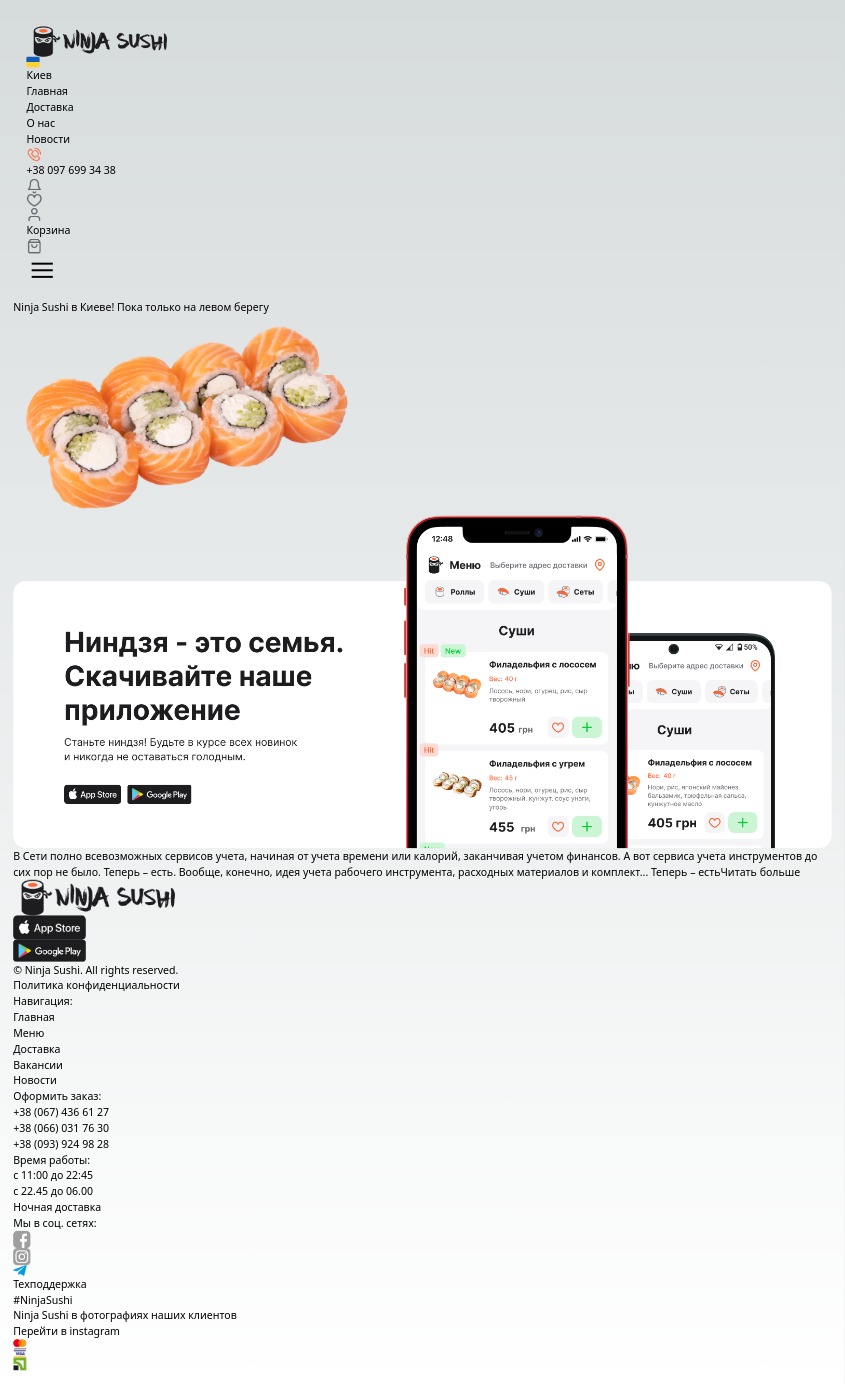
Repository: shokirovG/loyiha
Page: /News
These files come from the project's save history. The page is drawn as it stood at one moment and after the next save; the edit follows.
The browser window is 1280 px wide. The pictures show the whole page, at 66% of full size.
The project was rebuilt for these pictures with package versions that can differ from the ones it lists, and the page was loaded fresh each time. The framework's server and built-in components were replaced by stand-ins that run in the browser. Also part of the build but not shown: next.config.js, Components/Categories.jsx, Components/OpenNav.jsx.

Above is the page before, as saved 2023-07-01 13:37:20.

### pages/News.jsx
import { Header, Slider } from "@/Components";
import Footer from "@/Components/Footer";
import React from "react";

const News = () => {
  return (
    <div className="container p-5">
      <Header />
      <Slider />
      <Footer />
    </div>
  );
};

export default News;

### Components/index.js
export { default as Header } from "./Header";
export { default as Burger } from "./Burger";
export { default as Categories } from "./Categories";
export { default as Slider } from "./Slider";
export { default as OpenNav } from "./OpenNav";

### Components/Footer.jsx
import Image from "next/image";
import Link from "next/link";
import React from "react";

const Footer = () => {
  return (
    <div className="bigOne w-[100%] min-h-[160vh] gap-[50px] text-[16px] text-[#9E9E9E] flex flex-col justify-between mt-10">
      <Image src={"/imgs/play.png"} width={1500} height={644} />
      <p className="paragraph w-[60%] text-center m-auto">
        В Сети полно всевозможных сервисов учета, начиная от учета времени или
        калорий, заканчивая учетом финансов. А вот сервиса учета инструментов до
        сих пор не было. Теперь – есть. Вообще, конечно, идея учета рабочего
        инструмента, расходных материалов и комплект... Теперь – есть
        <span className="float-right text-[#00CC2D] mt-2">Читать больше</span>
      </p>
      <div className="footer flex items-center justify-evenly max-w-[100%] bg-white min-h-[376px] rounded-lg">
        <div className="w-[246px] h-[248px] flex flex-col items-center justify-between">
          <div className="w-[246px] h-[156px] flex flex-col items-center justify-around">
            <Image src={"/imgs/logo.png"} width={246} height={59} />
            <div className="w-[246px] flex justify-around">
              <Image src={"/imgs/appstore.png"} width={110} height={37} />
              <Image src={"/imgs/google.png"} width={110} height={37} />
            </div>
            <span className="text-[14px]">
              © Ninja Sushi. All rights reserved.
            </span>
          </div>
          <span className="text-[14px] text-[#1D1D1F] font-[500]">
            Политика конфиденциальности
          </span>
        </div>
        <div className="footer_items max-w-[754px] min-h-[184px] flex justify-between gap-10 mb-5">
          <ul className="flex flex-col gap-[5px] w-[101px] h-[100%]">
            <li className="text-[14px] text-[#686870]">Навигация:</li>
            <li>
              <Link
                className="text-[16px] text-[#1D1D1F] font-[500]"
                href={"/"}
              >
                Главная
              </Link>
            </li>
            <li>
              <Link
                className="text-[16px] text-[#1D1D1F] font-[500]"
                href={"#"}
              >
                Меню
              </Link>
            </li>
            <li>
              <Link
                className="text-[16px] text-[#1D1D1F] font-[500]"
                href={"#"}
              >
                Доставка
              </Link>
            </li>
            <li>
              <Link
                className="text-[16px] text-[#1D1D1F] font-[500]"
                href={"#"}
              >
                Вакансии
              </Link>
            </li>
            <li>
              <Link
                className="text-[16px] text-[#1D1D1F] font-[500]"
                href={"#"}
              >
                Новости
              </Link>
            </li>
          </ul>

          <ul className="w-[168px] h-[120px] flex flex-col items-start gap-[5px]">
            <li className="text-[14px] text-[#686870]">Оформить заказ:</li>
            <li>
              <Link
                className="text-[16px] text-[#1D1D1F] font-[500]"
                href={"/"}
              >
                +38 (067) 436 61 27
              </Link>
            </li>
            <li>
              <Link
                className="text-[16px] text-[#1D1D1F] font-[500]"
                href={"#"}
              >
                +38 (066) 031 76 30
              </Link>
            </li>
            <li>
              <Link
                className="text-[16px] text-[#1D1D1F] font-[500]"
                href={"#"}
              >
                +38 (093) 924 98 28
              </Link>
            </li>
          </ul>

          <ul className="w-[137px] h-[120px] flex flex-col items-start gap-[5px]">
            <li className="text-[14px] text-[#686870]">Время работы:</li>
            <li>
              <Link
                className="text-[16px] text-[#1D1D1F] font-[500]"
                href={"/"}
              >
                с 11:00 до 22:45
              </Link>
            </li>
            <li>
              <Link
                className="text-[16px] text-[#1D1D1F] font-[500]"
                href={"#"}
              >
                с 22.45 до 06.00
              </Link>
            </li>
            <li className="text-[14px] text-[#686870]">Ночная доставка</li>
          </ul>

          <div className="w-[174px] h-[120px] flex flex-col gap-[12px]">
            <span>Мы в соц. сетях:</span>
            <div className="flex w-[64px] h-[26px] justify-between">
              <Image src={"/imgs/face.png"} width={26} height={26} />
              <Image src={"/imgs/insta.png"} width={26} height={26} />
            </div>
            <button className="w-[160px] h-[40px] bg-[#F5F5F7] rounded-lg flex justify-around items-center p-[12px]">
              <Image src={"/imgs/telegram.png"} width={20} height={16} />
              <Link
                className="text-[#039BE5] text-[16px] font-mono font-[500]"
                href={"#"}
              >
                Техподдержка
              </Link>
            </button>
          </div>
        </div>
        <div className="others w-[246px] min-h-[248px] flex flex-col justify-between pt-[20px] items-center">
          <div className="w-[246px] h-[194] gap-[5px] flex flex-col">
            <h1
              className="title text-[42px] text-[#1D1D1F] font-[700]"
              id="title"
            >
              #NinjaSushi
            </h1>
            <p className="text-[#9E9E9E] text-[16px] line-[24px]" id="texts">
              Ninja Sushi в фотографиях наших клиентов
            </p>
            <button
              id="button"
              className="w-[246px] h-[56px] bg-[#F5F5F7] rounded-[12px] text-[#00CC2D] font-[500] text-[16px] font-[Inter]"
            >
              <Link href={"https://www.instagram.com/bektoshevich_01/"}>
                Перейти в instagram
              </Link>
            </button>
          </div>
          <div className="flex w-[105px] h-[18px] justify-around">
            <Image src={"/imgs/master.png"} width={20} height={16} />
            <Image src={"/imgs/visa.png"} width={20} height={16} />
            <Image src={"/imgs/pg.png"} width={20} height={16} />
          </div>
        </div>
      </div>
    </div>
  );
};

export default Footer;

### Components/Header.jsx
"use client";

import React from "react";
import Image from "next/image";
import { Burger } from ".";
import Link from "next/link";

const Header = () => {
  return (
    <header className="sm:w-auto p-5 md:flex lg:flex xl:flex items-center w-screen justify-around h-24 bg-white mb-[16px]">
      <div className="w-52 h-12">
        <Link href="/" className="">
          <Image src="/imgs/logo.PNG" alt="logo" width={214} height={48} />
        </Link>
      </div>
      <div className="w-3/4 sm:flex md:flex md:items-center md:justify-between lg:flex lg:items-center lg:justify-between">
        <ul className="lg:flex xl:flex md:flex 2xl:flex items-center w-3/6 justify-between gap-12 md:gap-2 lg:gap-12">
          <li className="flex w-20 justify-between items-center g-4 h-3">
            <Image src="/imgs/flag.PNG" alt="logo" width={20} height={2} />
            <a href="#" className="ml-2">
              Киев
            </a>
          </li>
          <li className="">
            <a href="#" className="">
              Главная
            </a>
          </li>
          <li className="">
            <a href="#" className="">
              Доставка
            </a>
          </li>
          <li className="w-12 flex">
            <a href="#" className="w-12">
              О нас
            </a>
          </li>
          <li className="">
            <a href="#" className="">
              Новости
            </a>
          </li>
          <li className="flex items-center">
            <a href="#" className="w-48 justify-around flex items-center">
              <Image src="/imgs/tel.PNG" alt="logo" width={24} height={24} />
              <span>+38 097 699 34 38</span>
            </a>
          </li>
        </ul>
        <div className="flex items-center w-80 h-14">
          <div className="flex w-12 border items-center justify-center h-12 rounded-lg">
            <Image src="/imgs/bell.PNG" alt="logo" width={24} height={24} />
          </div>
          <div className="flex w-12 border items-center ml-2 justify-center h-12 rounded-lg">
            <Image src="/imgs/like.PNG" alt="logo" width={24} height={24} />
          </div>
          <div className="flex w-12 border items-center ml-2 justify-center h-12 rounded-lg">
            <Image src="/imgs/person.PNG" alt="logo" width={24} height={24} />
          </div>
          <div className="flex w-32 justify-around ml-2 border items-center h-12 rounded-lg">
            <span>Корзина</span>
            <Image src="/imgs/cart.PNG" alt="logo" width={24} height={24} />
          </div>
        </div>
      </div>

      <Burger />
    </header>
  );
};
export default Header;

### Components/Burger.jsx
"use client";

import Hamburger from "hamburger-react";
import React, { useState } from "react";
import { OpenNav } from ".";

const Burger = () => {
  const [isOpen, settOpen] = useState(false);
  return (
    <div className="burger">
      <Hamburger toggled={isOpen} toggle={settOpen} />
      {isOpen ? <OpenNav /> : null}
    </div>
  );
};

export default Burger;

### Components/Slider.js
"use client";

import React from "react";
import { Swiper, SwiperSlide } from "swiper/react";
import "swiper/css";
import "swiper/css/pagination";
import { Pagination } from "swiper";
import Image from "next/image";

const Slider = () => {
  return (
    <Swiper
      pagination={true}
      modules={[Pagination]}
      className="mySwiper h-[600px] w-[100%] mt-10"
    >
      <SwiperSlide>
        <div>
          <h1>Ninja Sushi в Киеве! Пока только на левом берегу</h1>
          <Image src={"/imgs/nin.png"} width={516} height={336} />
        </div>
      </SwiperSlide>
      <SwiperSlide>
        <div>
          <h1>Ninja Sushi в Киеве! Пока только на левом берегу</h1>
        </div>
      </SwiperSlide>
      <SwiperSlide>
        <div>
          <h1>Ninja Sushi в Киеве! Пока только на левом берегу</h1>
        </div>
      </SwiperSlide>
      <SwiperSlide>
        <div>
          <h1>Ninja Sushi в Киеве! Пока только на левом берегу</h1>
        </div>
      </SwiperSlide>
    </Swiper>
  );
};

export default Slider;

Loaded but not shown: pages/_app.js (common file); pages/_document.js (common file); styles/globals.css (common file); tailwind.config.js (common file)

After the next save:
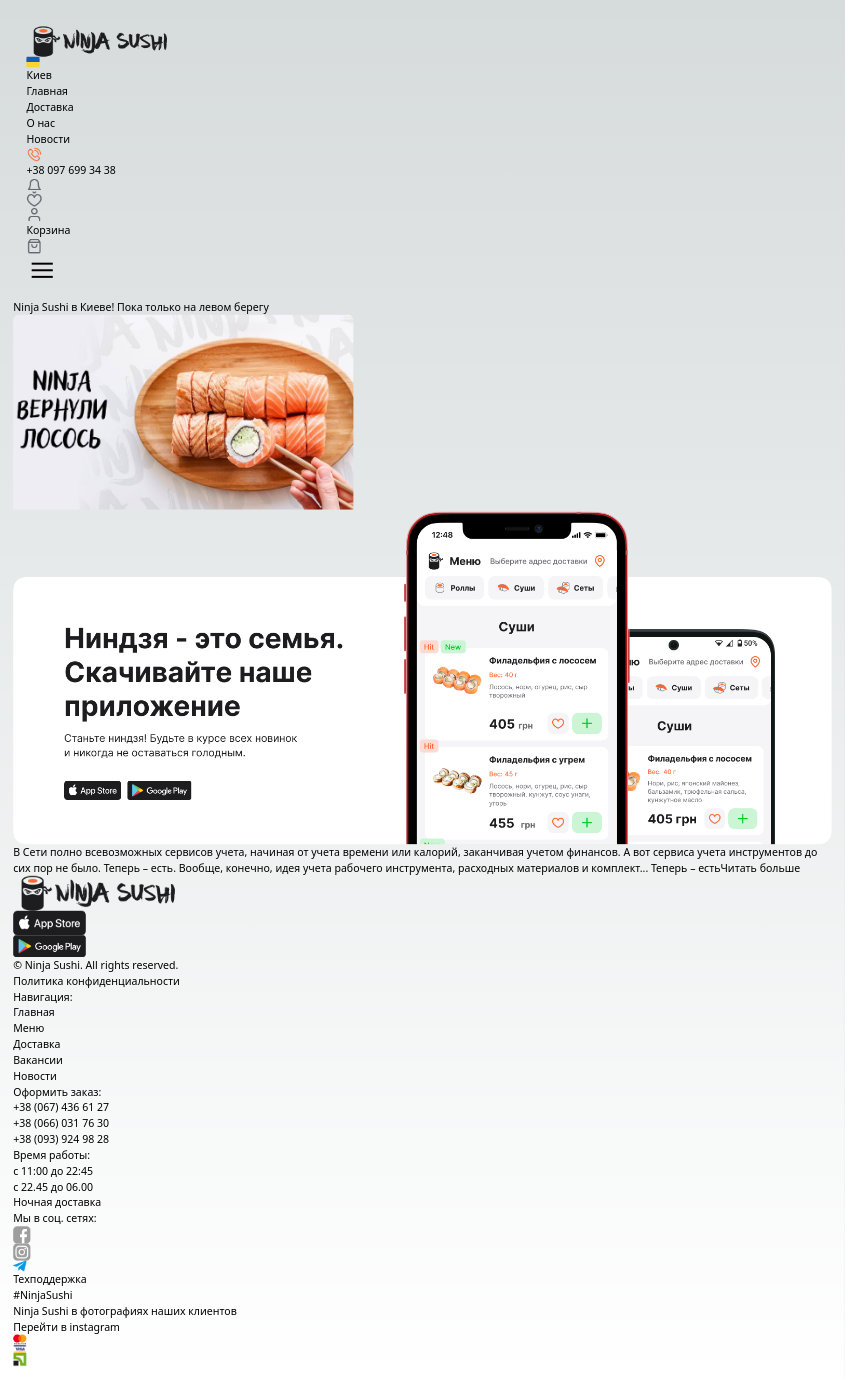
Saved 39 s later.
--- a/Components/Slider.js
+++ b/Components/Slider.js
@@ -17,7 +17,7 @@
       <SwiperSlide>
         <div>
           <h1>Ninja Sushi в Киеве! Пока только на левом берегу</h1>
-          <Image src={"/imgs/nin.png"} width={516} height={336} />
+          <Image src={"/imgs/new.png"} width={516} height={336} />
         </div>
       </SwiperSlide>
       <SwiperSlide>
